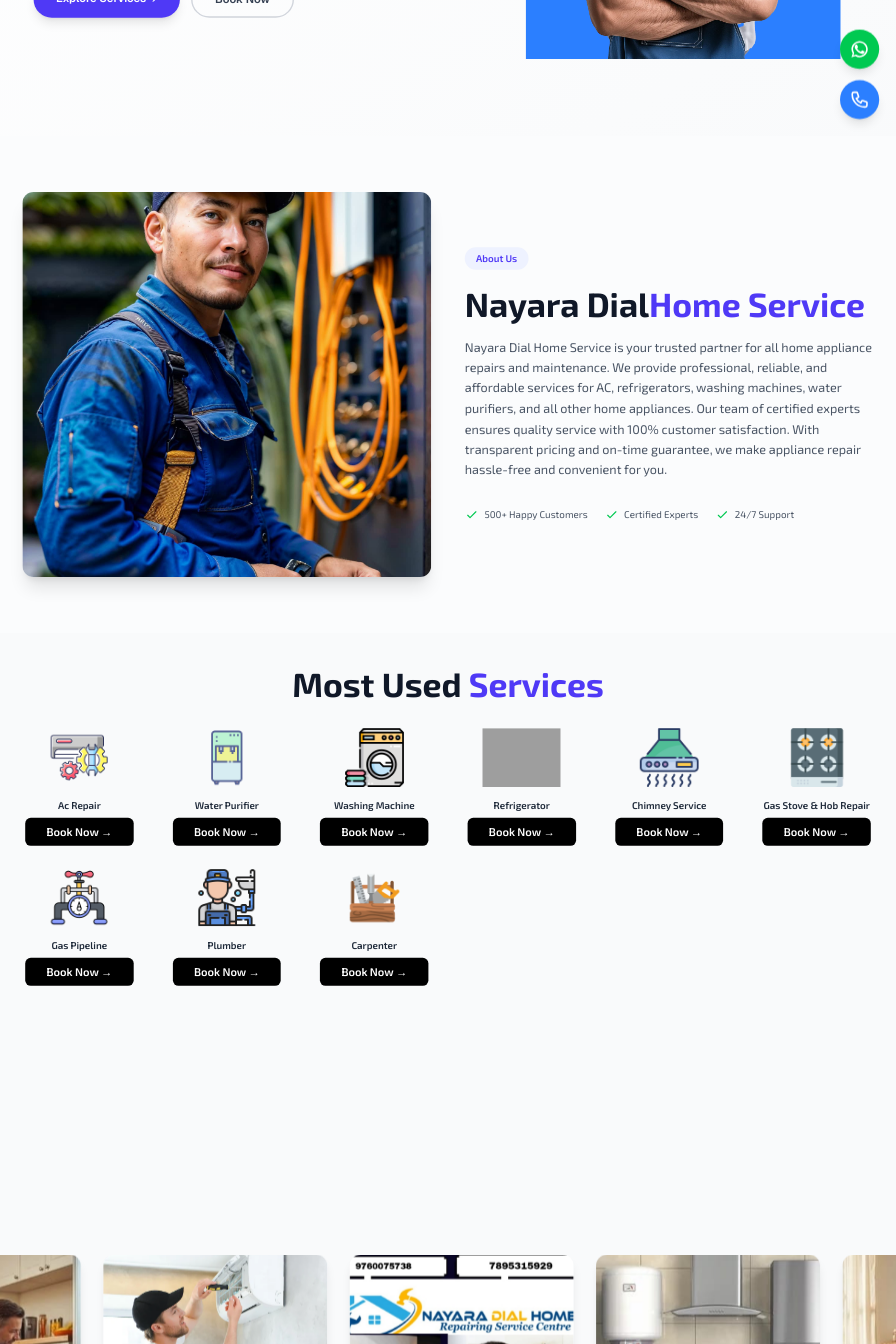
Repository: deepak445566/repai
Page: / (app in repair/)
The author's editor kept a copy of each file at every save. The page is drawn from the files as they stood at one save, then again after the next save.
The browser window is 1280 px wide. The pictures show the part of the page from y = 526 to 2446 px (the page is 4782 px tall before and 4072 px after), at 70% of full size.
Pictures or frames that could not be fetched are drawn as grey boxes. The project was rebuilt for these pictures with package versions that can differ from the ones it lists, and the page was loaded fresh each time. Some packages were replaced by stand-ins written for this rebuild. The framework's server and built-in components were replaced by stand-ins that run in the browser. Also part of the build but not shown: repair/next.config.mjs.

Above is the page before, as saved 2026-04-16 13:49:53.

After the next save:
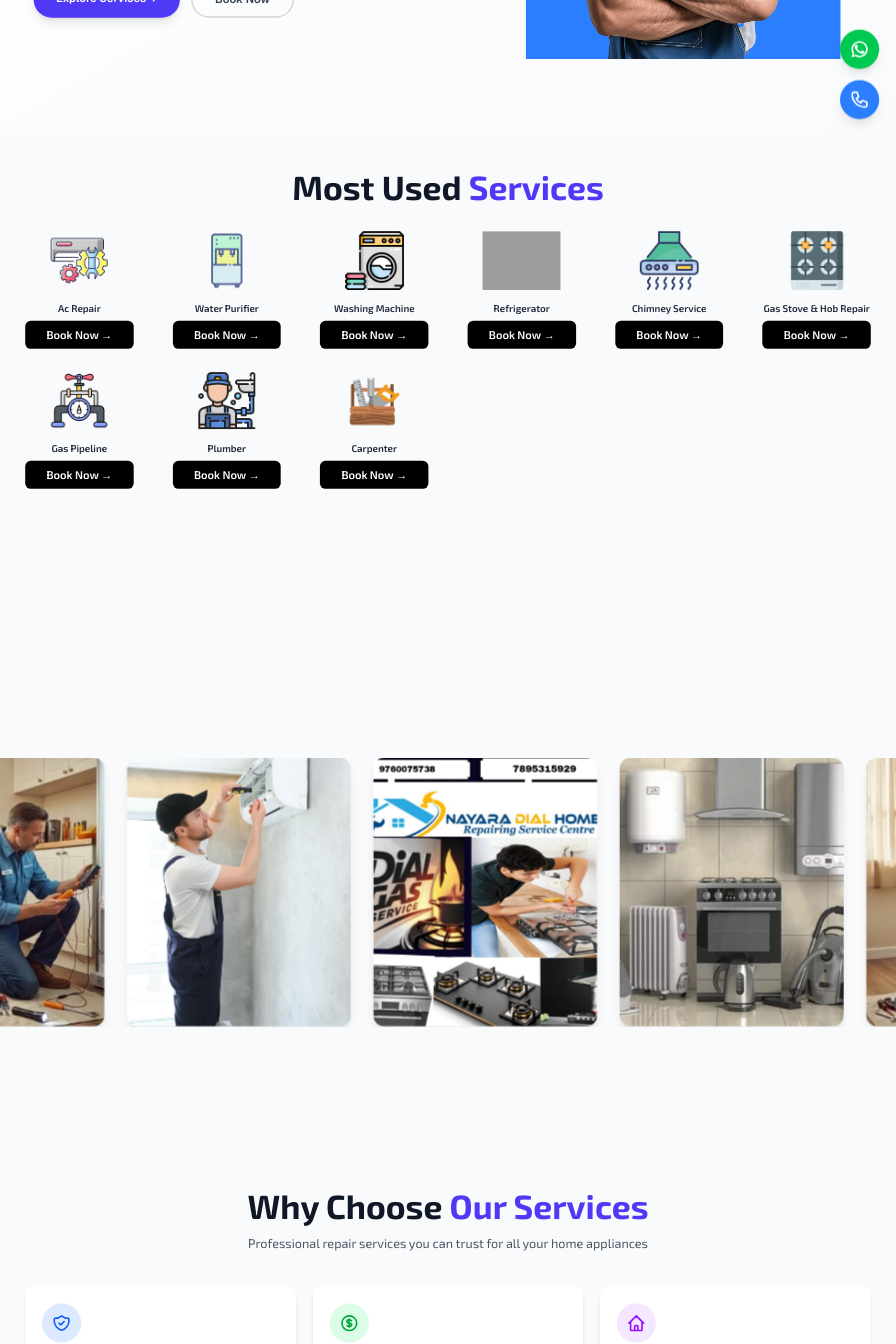
Saved 2 days later.
--- a/repair/src/app/page.js
+++ b/repair/src/app/page.js
@@ -10,7 +10,7 @@
   return (
    <>
    <HeroPage/>
-   <AboutUs/>
+
    <ServicesPage/>
    <SimpleGallery/>
    <WhyChooseUs/>
